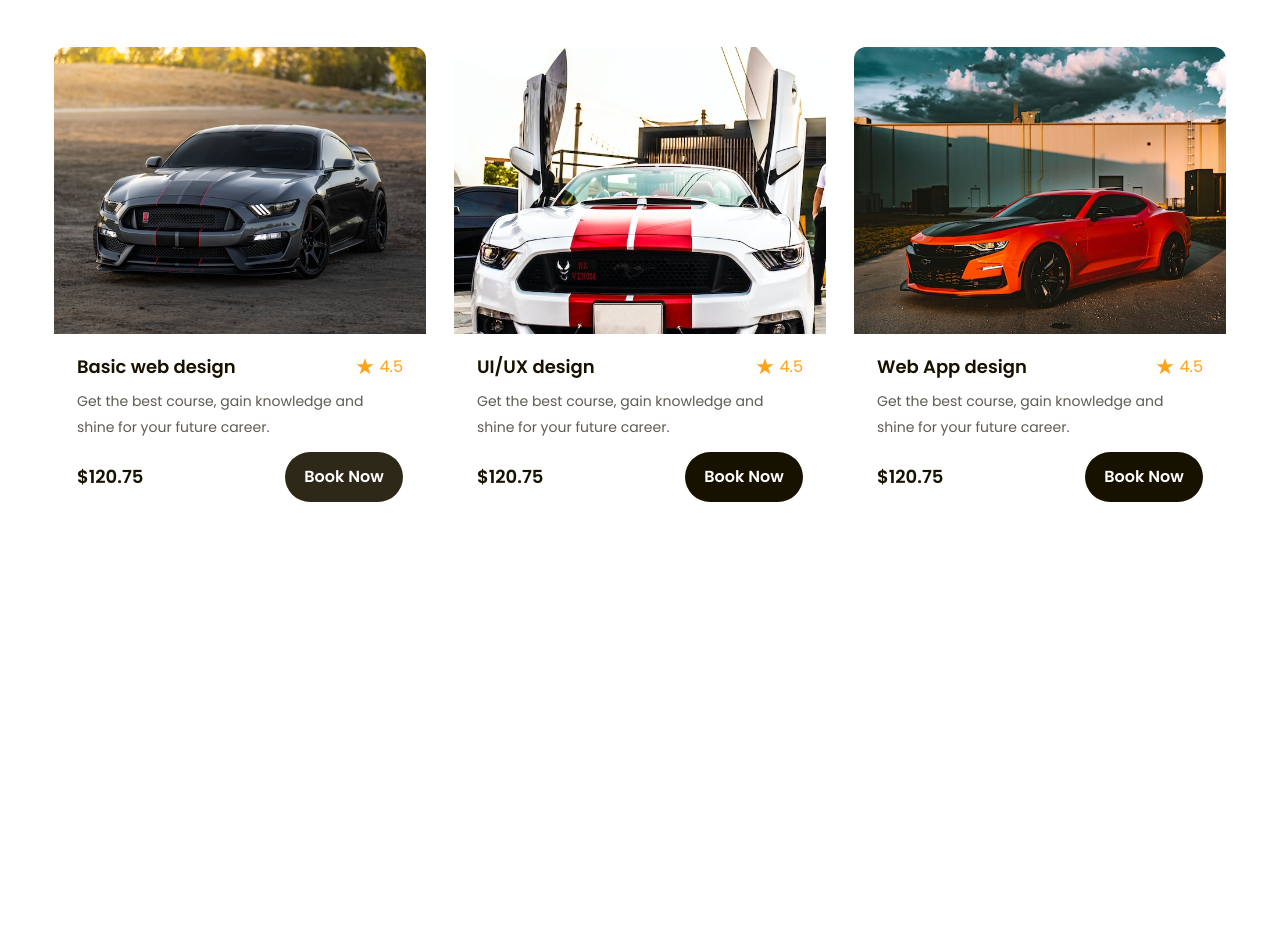
Repository: dongnguyen2112/htmlcss-project-02
Page: index.html
These files come from the project's save history. The page is drawn as it stood at one moment and after the next save; the edit follows.
The browser window is 1280 px wide. The pictures show the part of the page from y = 1231 to 2183 px (the page is 5000 px tall).
The pointer rests on the first visible `.popular .course-item .book-btn`.
A picture or video elsewhere on the page could not be fetched, so the positions and the page height are approximate.

Above is the page before, as saved 2023-07-06 13:43:44.

After the next save:
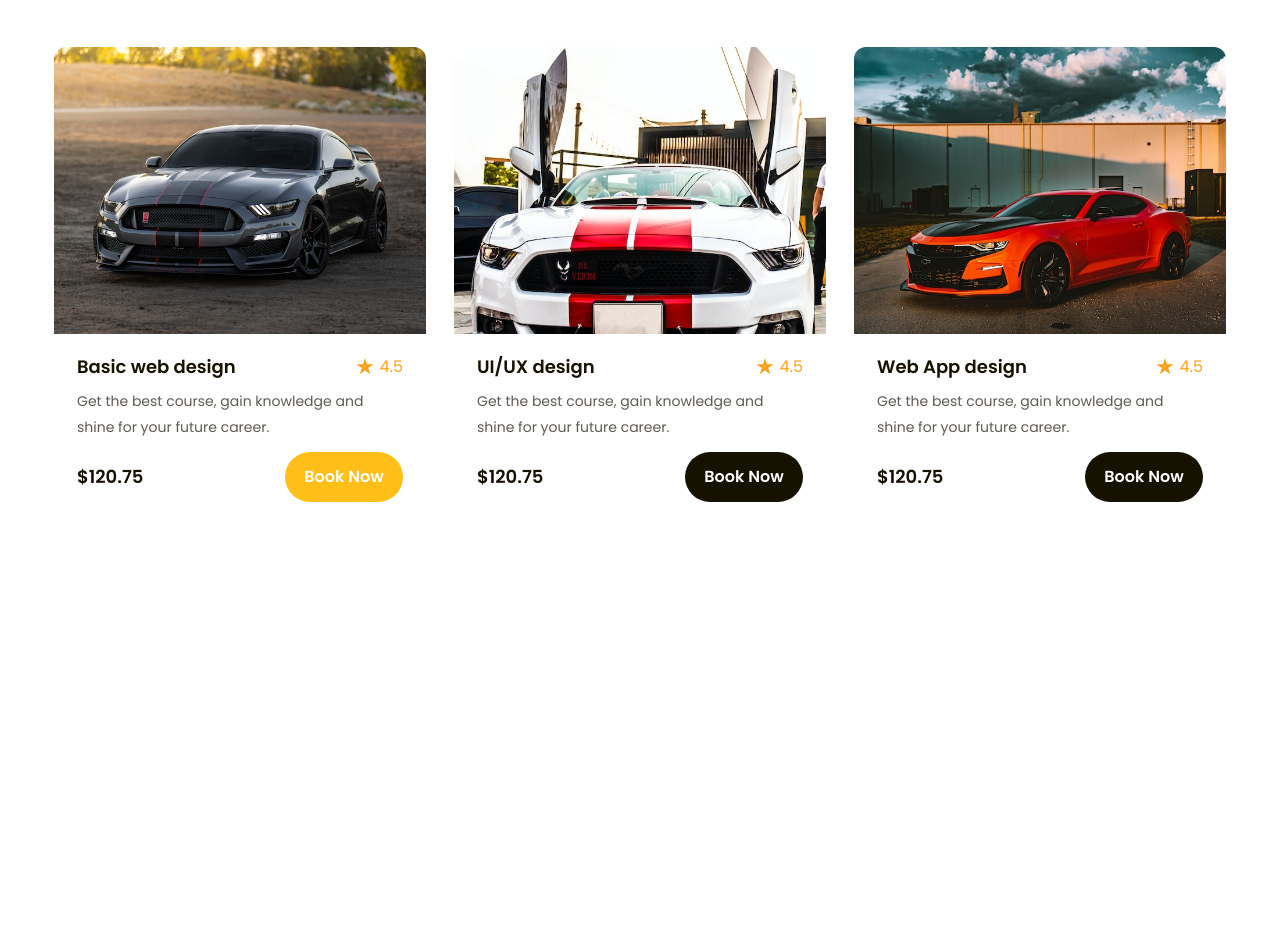
Saved 7 s later.
--- a/assets/css/styles.css
+++ b/assets/css/styles.css
@@ -290,5 +290,5 @@ a {
 }
 .popular .course-item .book-btn:hover{
     color: #fff;
-    background-color: ;
-}
+    background-color: var(--primary-color);
+}
